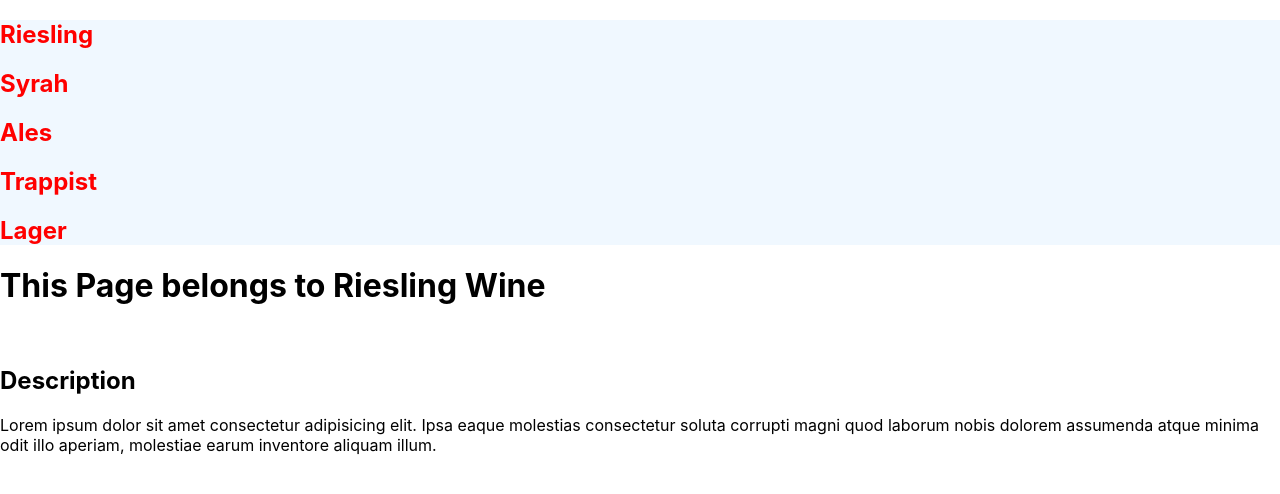
Repository: portretrieve/react-practice
Page: /
The author's editor kept a copy of each file at every save. The page is drawn from the files as they stood at one save, then again after the next save.
The browser window is 1280 px wide. The pictures show the whole page.
The project was rebuilt for these pictures with package versions that can differ from the ones it lists, and the page was loaded fresh each time. Also part of the build but not shown: src/wines/Syrah.js, src/beers/Ale.js, src/beers/Lager.js, src/beers/Trappist.js.

Above is the page before, as saved 2021-08-26 19:05:59.

After the next save:
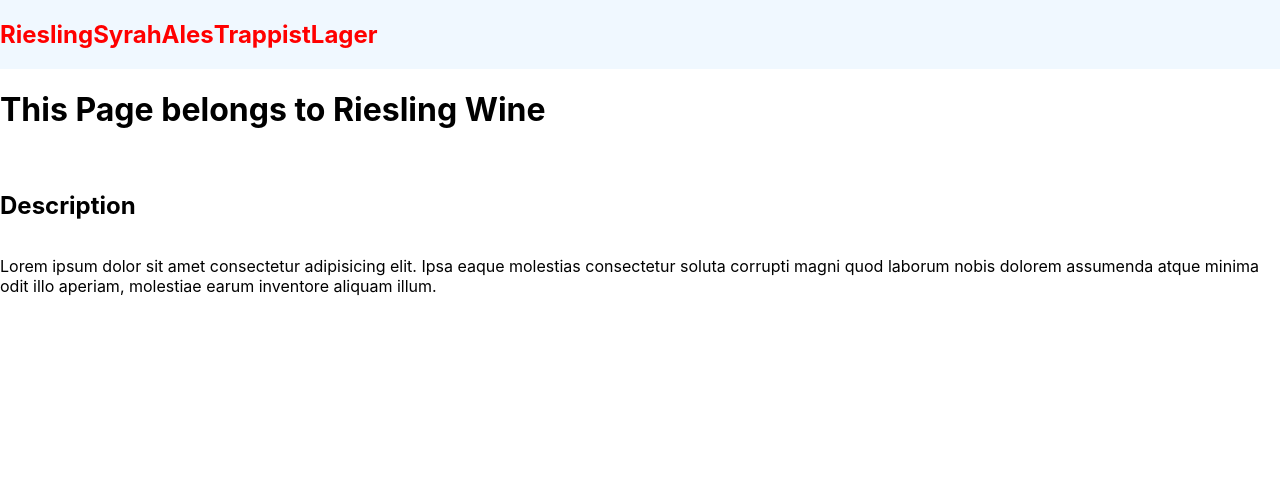
Saved 37 s later.
--- a/src/navigation/header.module.css
+++ b/src/navigation/header.module.css
@@ -2,3 +2,7 @@
     background-color: aliceblue;
     color: red;
 }
+
+h2 {
+    display: inline-block;
+}
